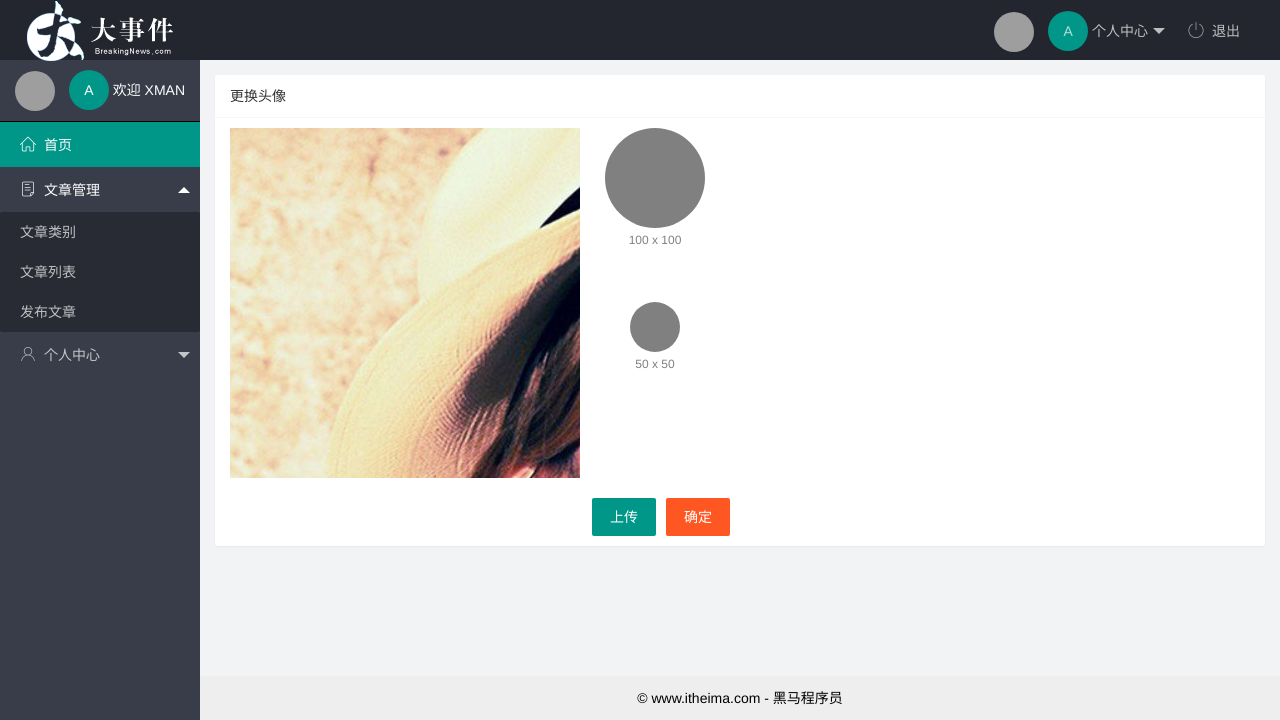
Repository: xxsleep/-
Page: home/index.html
The author's editor kept a copy of each file at every save. The page is drawn from the files as they stood at one save, then again after the next save.
The browser window is 1280 px wide. The pictures show the whole page.
Pictures or frames that could not be fetched are drawn as grey boxes. The page's requests for data from a server got no answer.

Above is the page before, as saved 2020-11-27 11:15:48.
Console error: TypeError: Cannot read properties of undefined (reading 'status')

After the next save:
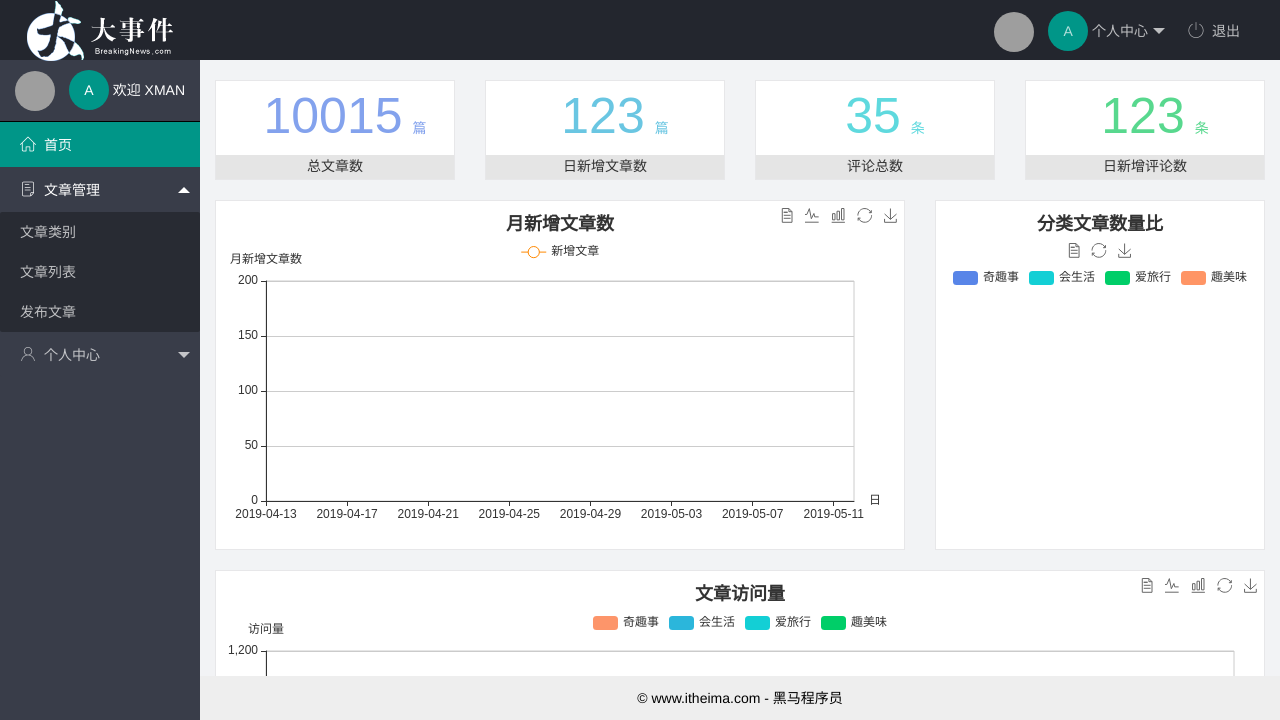
Saved 37 s later.
--- a/home/index.html
+++ b/home/index.html
@@ -70,7 +70,7 @@
 
         <div class="layui-body">
             <!-- 内容主体区域 -->
-            <iframe src="/home/user/user_avatar.html" frameborder="0" name="layBody"></iframe>
+            <iframe src="/home/dashboard.html" frameborder="0" name="layBody"></iframe>
         </div>
 
         <div class="layui-footer">
